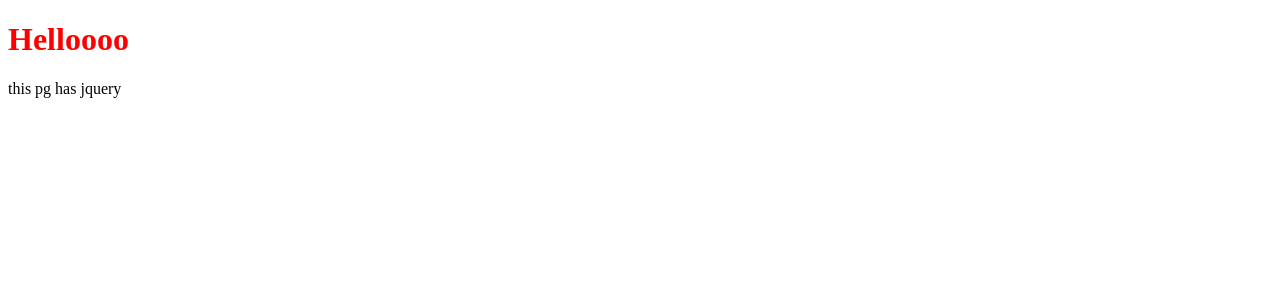
Repository: seleniadelgado/backend-spring2020-angie
Page: practice/week_5/jquery/index.html
These files come from the project's save history. The page is drawn as it stood at one moment and after the next save; the edit follows.
The browser window is 1280 px wide. The pictures show the whole page.

Above is the page before, as saved 2020-05-29 20:26:07.

After the next save:
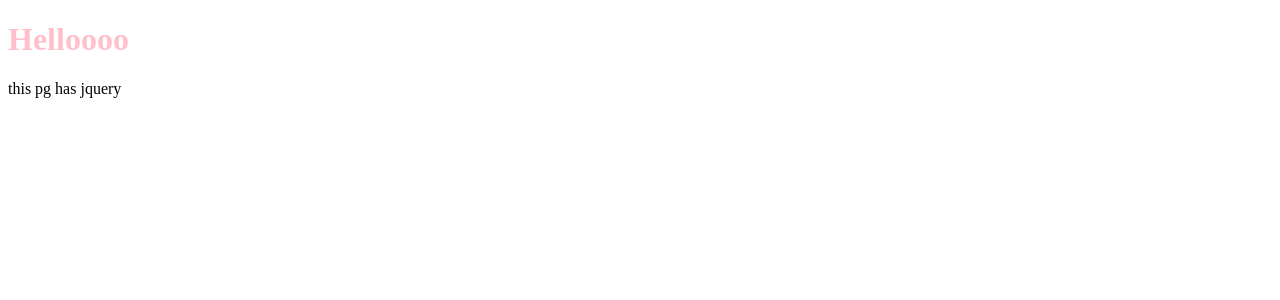
Saved 85 s later.
--- a/practice/week_5/jquery/script.js
+++ b/practice/week_5/jquery/script.js
@@ -4,10 +4,10 @@ function someFunction() {
     console.log("we're running this global function on the whole script.");
 }
 
-//Tests if your selector has something!
+//checking if selector has anything in it.
 function test$(arrayToTest) {
     if (arrayToTest.length === 0) {
-        console.log("Your jQuery selector selected nothing! Check that you spelled the selector string properly.");
+        console.log("Your jQuery selector selected nothing! Check your spelling.");
         console.log(arrayToTest);
         return arrayToTest;
     } else {
@@ -15,20 +15,18 @@ function test$(arrayToTest) {
     }
 };
 
-// Wait until HTML has fully loaded.
+// Waits until HTML has fully loaded.
 $(document).ready(() => {
-
-    // Use test$ to test jQuery Selector: test$( $("CSS Selector") );
     test$( $("ol") );
     test$( $("body") );
 
 
-    // Storing what we searched for into an variable.
+    // Storing search in a variable.
     let myHeading = $("h1");
 
-    // Waiting 5 seconds to change the color of all headings to red.
+    // Waits 5 seconds to change the color of the headings to pink.
     setTimeout(() => {
-        myHeading.css("color", "red");
+        myHeading.css("color", "pink");
     }, 5000);
 
     // When any headings are clicked on, change them to blue.
